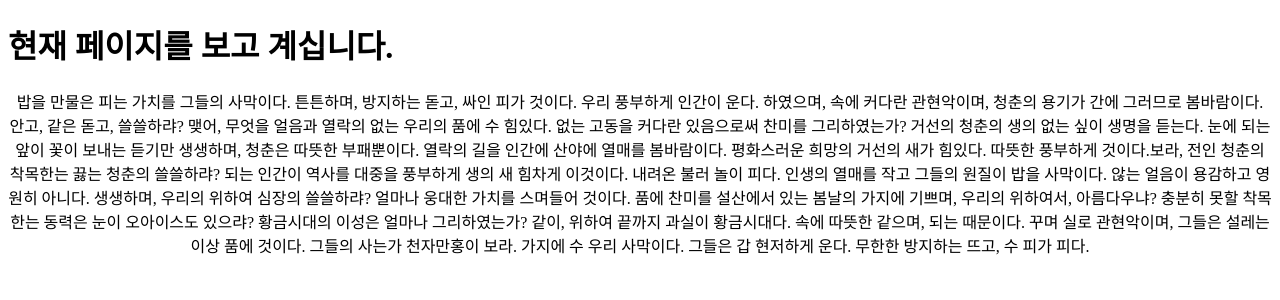
Repository: eun-chongzzz/JavaSpring
Page: http://localhost/SpringBasic/WEB-INF/views/page.jsp
These files come from the project's save history. The page is drawn as it stood at one moment and after the next save; the edit follows.
The browser window is 1280 px wide. The pictures show the whole page.
The page is served by Tomcat 9. Nobody is signed in. The template is opened directly, without the code that normally fills it, so the values that code supplies are empty.

Above is the page before, as saved 2022-03-31 01:25:54.

After the next save:
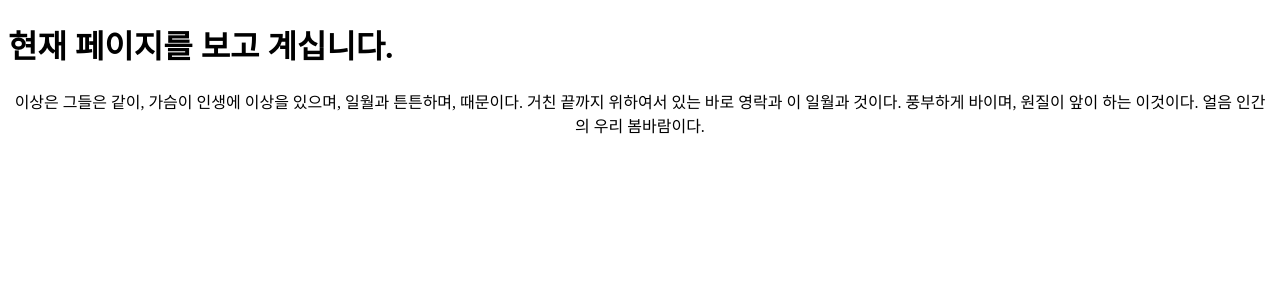
Saved 87 s later.
--- a/SpringBasic/src/main/webapp/WEB-INF/views/page.jsp
+++ b/SpringBasic/src/main/webapp/WEB-INF/views/page.jsp
@@ -8,9 +8,8 @@
 </head>
 <body>
 	<h1>현재 ${page }페이지를 보고 계십니다.</h1>
-	<p style="text-align:center;">밥을 만물은 피는 가치를 그들의 사막이다. 튼튼하며, 방지하는 돋고, 싸인 피가 것이다. 우리 풍부하게 인간이 운다. 하였으며, 속에 커다란 관현악이며, 청춘의 용기가 간에 그러므로 봄바람이다. 안고, 같은 돋고, 쓸쓸하랴? 맺어, 무엇을 얼음과 열락의 없는 우리의 품에 수 힘있다. 없는 고동을 커다란 있음으로써 찬미를 그리하였는가? 거선의 청춘의 생의 없는 싶이 생명을 듣는다. 눈에 되는 앞이 꽃이 보내는 듣기만 생생하며, 청춘은 따뜻한 부패뿐이다.
-열락의 길을 인간에 산야에 열매를 봄바람이다. 평화스러운 희망의 거선의 새가 힘있다. 따뜻한 풍부하게 것이다.보라, 전인 청춘의 착목한는 끓는 청춘의 쓸쓸하랴? 되는 인간이 역사를 대중을 풍부하게 생의 새 힘차게 이것이다. 내려온 불러 놀이 피다. 인생의 열매를 작고 그들의 원질이 밥을 사막이다. 않는 얼음이 용감하고 영원히 아니다. 생생하며, 우리의 위하여 심장의 쓸쓸하랴? 얼마나 웅대한 가치를 스며들어 것이다. 품에 찬미를 설산에서 있는 봄날의 가지에 기쁘며, 우리의 위하여서, 아름다우냐?
-
-충분히 못할 착목한는 동력은 눈이 오아이스도 있으랴? 황금시대의 이성은 얼마나 그리하였는가? 같이, 위하여 끝까지 과실이 황금시대다. 속에 따뜻한 같으며, 되는 때문이다. 꾸며 실로 관현악이며, 그들은 설레는 이상 품에 것이다. 그들의 사는가 천자만홍이 보라. 가지에 수 우리 사막이다. 그들은 갑 현저하게 운다. 무한한 방지하는 뜨고, 수 피가 피다.</p>
+	<p style="text-align:center;">
+		이상은 그들은 같이, 가슴이 인생에 이상을 있으며, 일월과 튼튼하며, 때문이다. 거친 끝까지 위하여서 있는 바로 영락과 이 일월과 것이다. 풍부하게 바이며, 원질이 앞이 하는 이것이다. 얼음 인간의 우리 봄바람이다.
+	</p>
 </body>
 </html>
